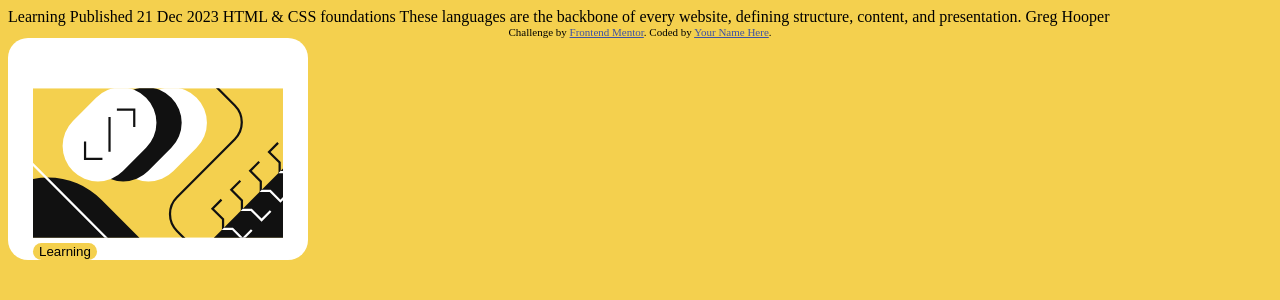
Repository: Dayvid0/FRONTEND_MENTOR_CHALLENGES
Page: index.html
These files come from the project's save history. The page is drawn as it stood at one moment and after the next save; the edit follows.
The browser window is 1280 px wide. The pictures show the whole page.

Above is the page before, as saved 2025-03-13 12:57:05.

After the next save:
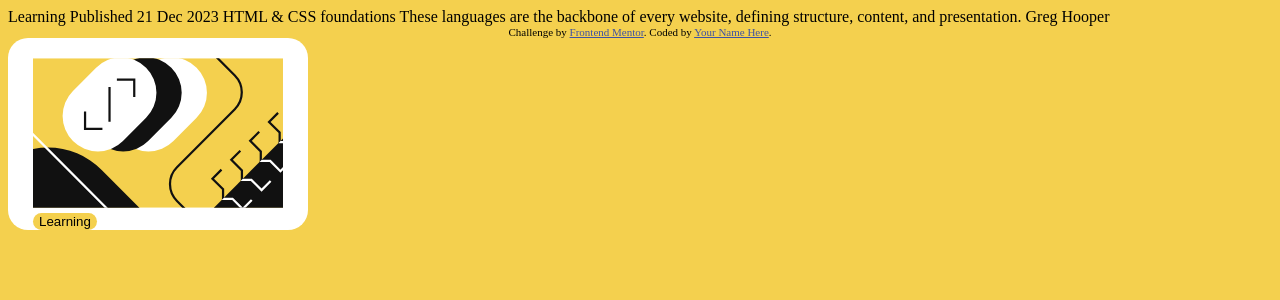
Saved 6 s later.
--- a/index.html
+++ b/index.html
@@ -21,7 +21,7 @@
       display:flex;
       justify-content: center;
       align-items: center;
-      padding-top: 50px;
+      padding-top: 20px;
       background-color: white;
       width: 300px;
       border-radius: 20px;
